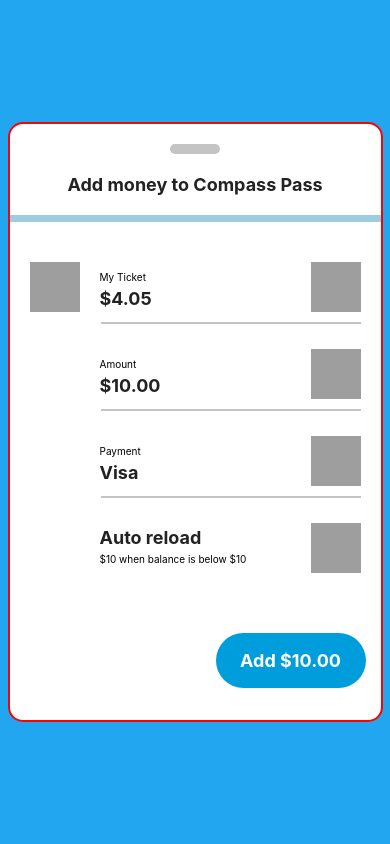
Repository: wilyyy/CompassPlus
Page: /
An editor plug-in stored every save of this project. The page is shown before and after the next save, followed by the edit.
The browser window is 390 px wide. The pictures show the whole page.
Pictures or frames that could not be fetched are drawn as grey boxes. The app was drawn by React Native's web renderer in a window 390 px wide. The project was rebuilt for these pictures with package versions that can differ from the ones it lists, and the page was loaded fresh each time. Also part of the build but not shown: constants/styles.js, comps/CompassCardParent/cardManager.js, comps/CompassCardParent/transferFunds.js, comps/LinkCompassCard/index.js, comps/RideCardCont/index.js, storybook/stories/CenterView/style.js, comps/SignUpTransitCard/index.js.

Above is the page before, as saved 2021-10-30 19:59:27.

After the next save:
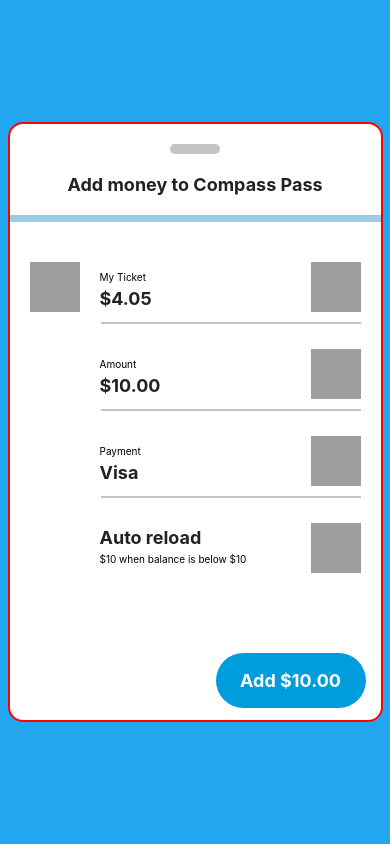
Saved 6 s later.
--- a/comps/CompassCardParent/CardManager/AddFunds/index.js
+++ b/comps/CompassCardParent/CardManager/AddFunds/index.js
@@ -223,7 +223,7 @@
         alignSelf: 'flex-end',
         right: 15,
         justifyContent: 'center',
-        marginTop: 50,
+        marginTop: 70,
 
 
     }
